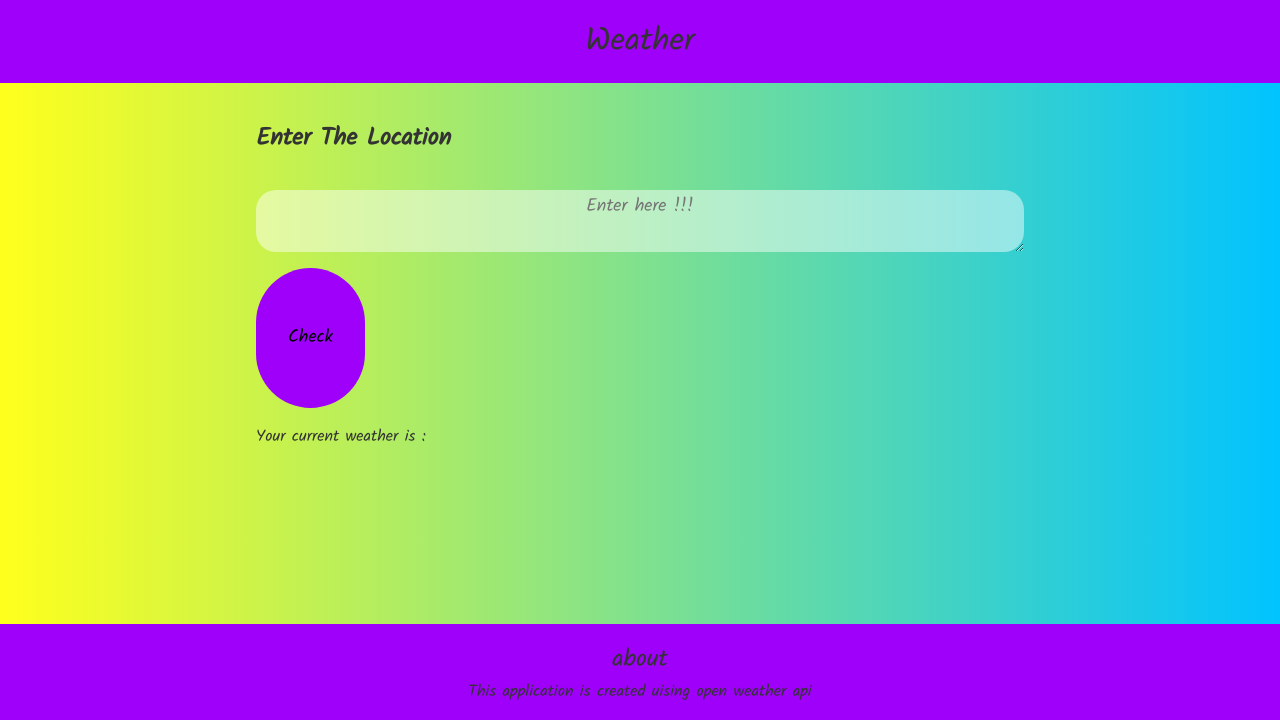
Repository: Irfan-vit/openapi
Page: index.html
An editor plug-in stored every save of this project. The page is shown before and after a run of saves, followed by the edit.
The browser window is 1280 px wide. The pictures show the whole page.

Above is the page before, as saved 2021-05-27 23:41:12.

### index.html
<!DOCTYPE html>
<html lang="en">

<head>
    <meta charset="UTF-8">
    <meta http-equiv="X-UA-Compatible" content="IE=edge">
    <meta name="viewport" content="width=device-width, initial-scale=1.0">
    <title>Api</title>
    <link rel="stylesheet" href="style.css">
</head>

<body>

    <nav>
        <div style="font-size: 2rem; padding: 1rem;">
            Weather
        </div>

    </nav>

    <main>

        <h2>Enter The Location</h2>

        <textarea name="" id="txt-input" class="t-area" placeholder="Enter here !!!"></textarea>

        <button id="btn-translate">
            Check
        </button>

        <div>Your current weather is :</div>

        <div id="output" class="t-area">

        </div>

    </main>

    <footer>
        <div style="font-size: x-large;">about</div>
        <p>This application is created uising open weather api</p>
    </footer>



    <script src="app.js" type="text/javascript"></script>
</body>

</html>

### style.css
@import url('https://fonts.googleapis.com/css2?family=Kalam&display=swap');

* {
    box-sizing: border-box;
}

:root {
    --primary: #9e00fa;
    --black: #333333;
    --width-break:800px
}

body {
    margin: 0;
    font-family: 'Kalam', cursive;
    color: #333333;
    background: #00c3ff;  /* fallback for old browsers */
background: -webkit-linear-gradient(to right, #ffff1c, #00c3ff);  /* Chrome 10-25, Safari 5.1-6 */
background: linear-gradient(to right, #ffff1c, #00c3ff); /* W3C, IE 10+/ Edge, Firefox 16+, Chrome 26+, Opera 12+, Safari 7+ */

}

nav {
    background-color: var(--primary);
    text-align: center;
}

main {
    margin: auto;
    padding: 1rem;
    max-width: var(--width-break);
}

textarea {
    box-sizing: border-box;
    display: block;
    width: 100%;
    min-height: 5vh;
    margin-top: 2rem;
    font-size: large;
    font-family: inherit;
    background-color: #ffffff7a;
    border:none;
    border-radius:20px;
    text-align: center;
}

textarea:hover {
    box-sizing: border-box;
    display: block;
    width: 100%;
    min-height: 5vh;
    margin-top: 2rem;
    font-size: large;
    font-family: inherit;
    background-color: #ffffff;
    border-radius:20px;
    border: none;
    text-align: center;
}

button {
    background-color: var(--primary);
    border: none;
    margin: 1rem 0rem;
    padding: 1rem 2rem;
    font-family: 'Kalam', cursive;
    font-size: large;
    cursor: pointer;
    height: 140px;
    border-radius: 200px;
}


#output {
    box-sizing: border-box;
    width: 100%;
    min-height: 10vh;
    max-height: 20vh;
    /* border: 1px solid var(--black); */
}

footer {
    position: fixed;
    bottom: 0;
    width: 100%;
    padding: 1rem;
    background-color: var(--primary);
    text-align: center;
}

footer p {
    max-width: var(--width-break);
    margin: auto;
}

### app.js
var btnTranslate = document.querySelector("#btn-translate");
var txtInput = document.querySelector("#txt-input");
var outputDiv = document.querySelector('#output')
var serverURL = "https://api.openweathermap.org/data/2.5/weather?q="
var key = "&appid=49257f6591cfc3ed8daf0b5970d519cb"

function getTranslationURL(text) {
    return serverURL + text + key
}

function errorHandler(error) {
    console.log("error occured", error)
    alert("something went wrong  :  " + error)
}

function clickHandler() {
    // outputDiv.innerText = "translated  " + txtInput.value + "  To : bababbababababababa ";

    var inputText = txtInput.value;

    fetch(getTranslationURL(inputText))
        .then(response => response.json())
        .then(json => {
            var translatedText = "Country : " + json['sys']['country'] + " | tempreature : " + json['main']['temp'] + " | weather : " +  json['weather'][0]['description'] + " | longitude : " + json['coord']['lon'] + " | latitude : " + json['coord']['lat'] + " | wind speed : " + json['wind']['speed'] + " | Wind direction, degrees : " + json['wind']['deg'];
            outputDiv.innerText = translatedText;
            })
    };


btnTranslate.addEventListener("click", clickHandler)

After the next 2 saves:
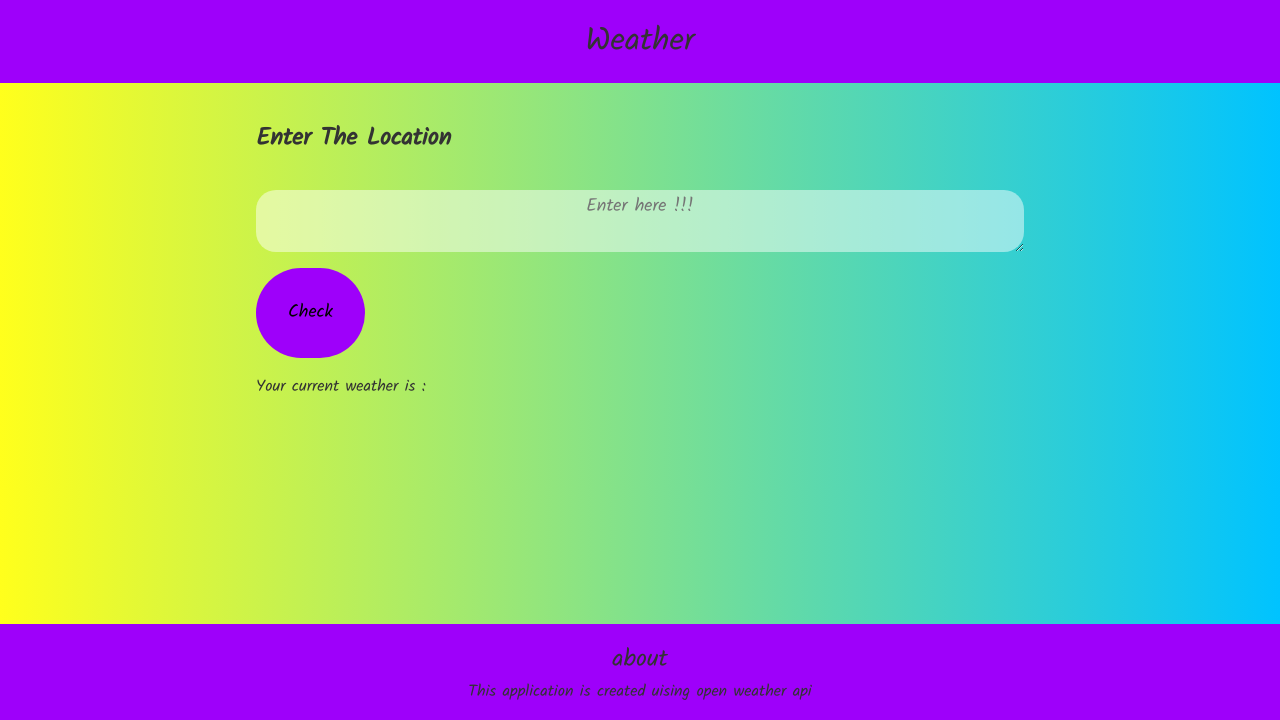
The 2 saves are shown as one change because they came seconds apart.
The last was saved 7 s later.
--- a/style.css
+++ b/style.css
@@ -67,7 +67,7 @@ button {
     font-family: 'Kalam', cursive;
     font-size: large;
     cursor: pointer;
-    height: 140px;
+    height: 90px;
     border-radius: 200px;
 }
 
